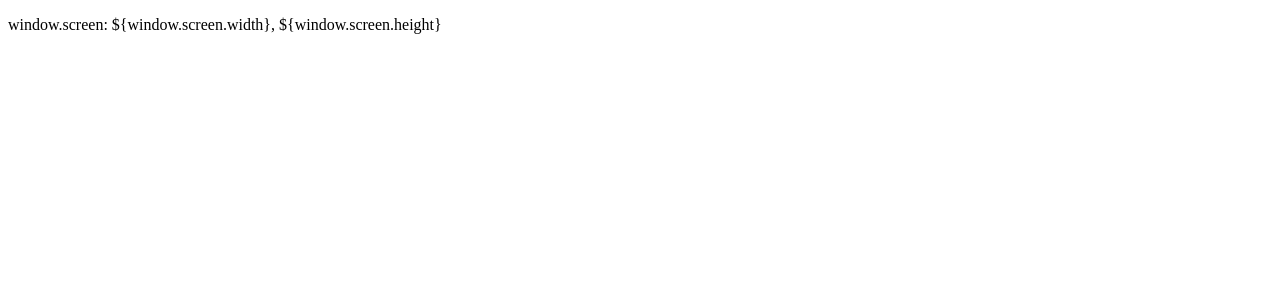
Repository: ggandory/browser101
Page: chapter2/window_size.html
The author's editor kept a copy of each file at every save. The page is drawn from the files as they stood at one save, then again after the next save.
The browser window is 1280 px wide. The pictures show the whole page.

Above is the page before, as saved 2024-04-01 00:27:01.

After the next save:
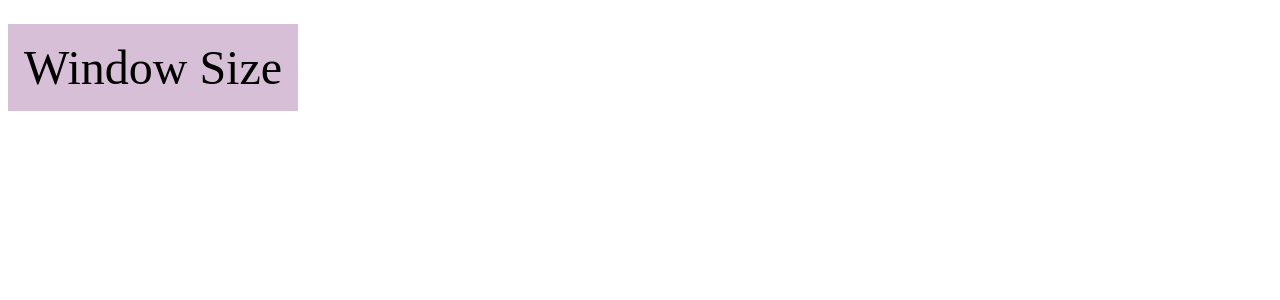
Saved 17 min 5 s later.
--- a/chapter2/window_size.html
+++ b/chapter2/window_size.html
@@ -3,9 +3,29 @@
   <head>
     <meta charset="UTF-8" />
     <meta name="viewport" content="width=device-width, initial-scale=1.0" />
-    <title>window_size</title>
+    <title>Window Size</title>
+    <style>
+      .tag {
+        display: inline-block;
+        background-color: thistle;
+        padding: 16px;
+        margin-top: 16px;
+        font-size: 48px;
+      }
+    </style>
   </head>
   <body>
-    <p>window.screen: ${window.screen.width}, ${window.screen.height}</p>
+    <div class="tag">Window Size</div>
+    <script>
+      const tag = document.querySelector(".tag");
+      window.addEventListener("resize", () => {
+        tag.innerHTML = `
+      window.screen: ${window.screen.width}, ${window.screen.height} <br/>
+      window.outer: ${window.outerWidth}, ${window.outerHeight} <br/>
+      window.inner: ${window.innerWidth}, ${window.innerHeight} <br/>
+      documentElement.clinetWidth: ${document.documentElement.clientWidth}, ${document.documentElement.clientHeight}
+      `;
+      });
+    </script>
   </body>
 </html>
